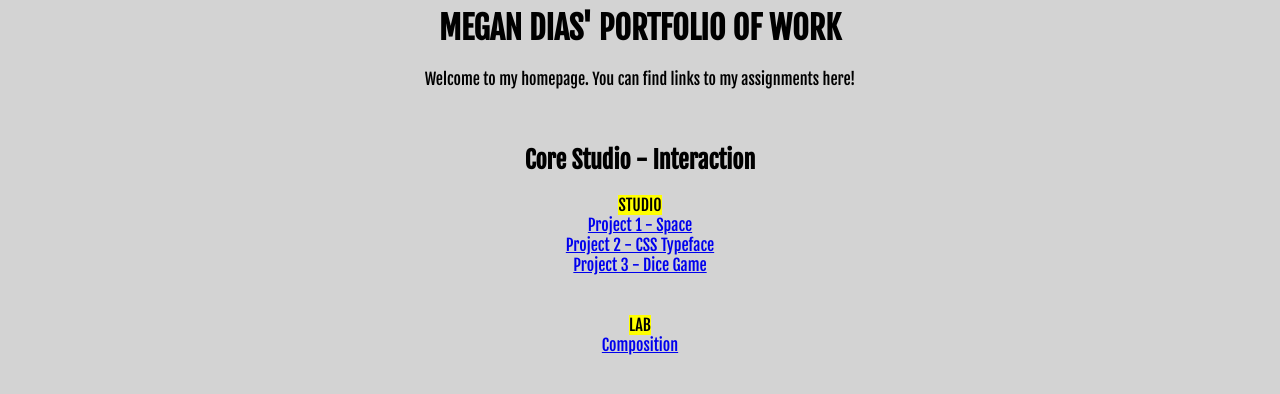
Repository: diasm568/diasm568.github.io
Page: index.html
The author's editor kept a record of every edit. The page is drawn from the files as they stood at one moment, then again after the next edit.
The browser window is 1280 px wide. The pictures show the whole page.

Above is the page before.

### index.html
<html>
<center>
<body bgcolor="lightgrey">
<div style="font-family: 'Fjalla One'">
<link href='http://fonts.googleapis.com/css?family=Fjalla+One' rel='stylesheet' type='text/css'>

    <span style="text-transform: uppercase"><h1>Megan Dias' Portfolio of Work</h1></span>
    <p>Welcome to my homepage. You can find links to my assignments here!</p>
    <br>

    <h2>Core Studio - Interaction</h2>
        <mark> STUDIO </mark>
        <br>
        <a href="studio/project1.html">Project 1 - Space</a>
        <br>
        <a href="studio/project2.html">Project 2 - CSS Typeface</a>
        <br>
        <a href="studio/project3.html">Project 3 - Dice Game</a>
        <br>
        <br>
        <br>
        <mark>LAB</mark>
        <br>
        <a href="lab/composition.html">Composition</a>

</div>
</center>
</html>

After the next edit:
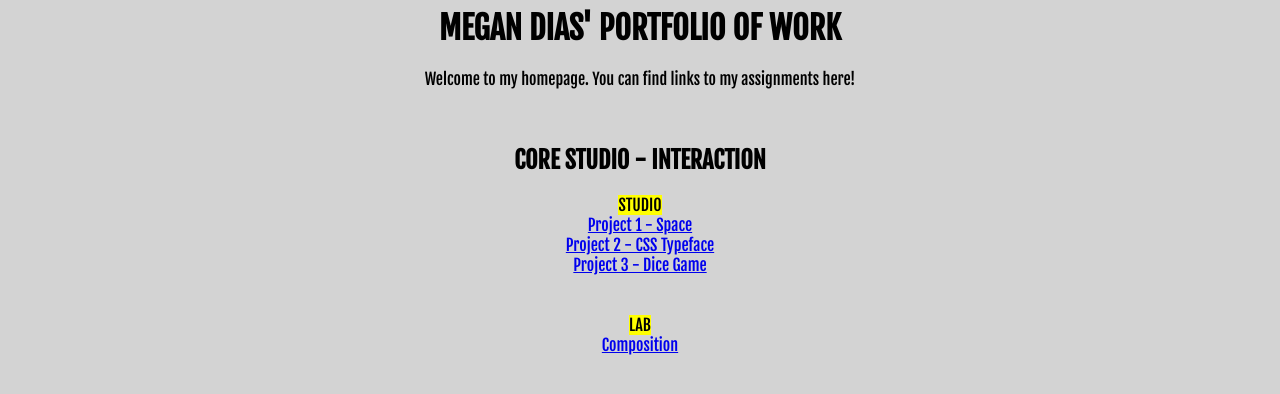
The edit:
--- a/index.html
+++ b/index.html
@@ -8,7 +8,7 @@
     <p>Welcome to my homepage. You can find links to my assignments here!</p>
     <br>
 
-    <h2>Core Studio - Interaction</h2>
+    <span style="text-transform: uppercase"><h2>Core Studio - Interaction</h2></span>
         <mark> STUDIO </mark>
         <br>
         <a href="studio/project1.html">Project 1 - Space</a>
